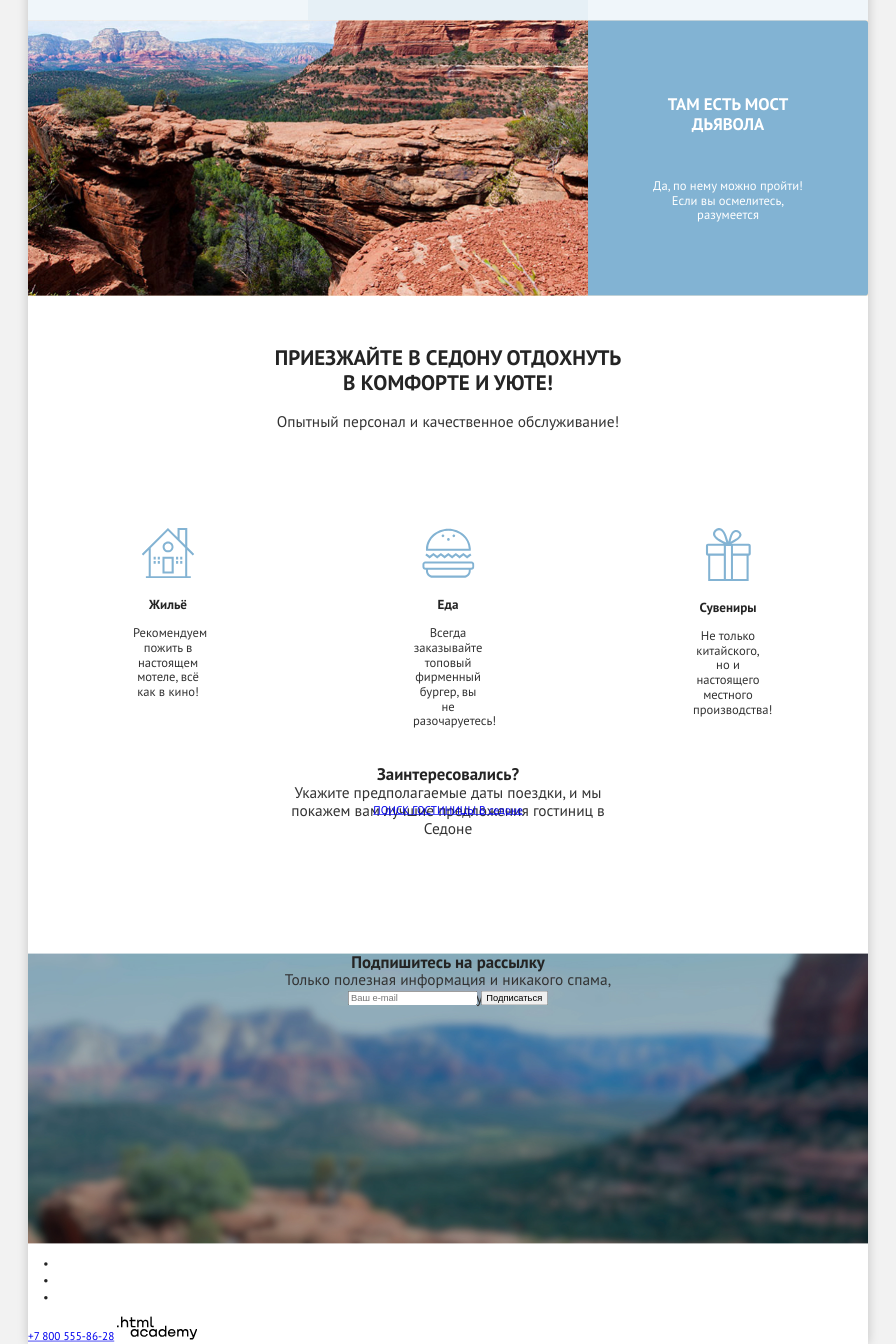
Repository: zakhgagne/2512253-sedona-1
Page: index.html
These files come from the project's save history. The page is drawn as it stood at one moment and after the next save; the edit follows.
The browser window is 1280 px wide. The pictures show the part of the page from y = 1566 to 3486 px (the page is 3486 px tall before and 3427 px after), at 70% of full size.

Above is the page before, as saved 2024-05-11 16:31:02.

After the next save:
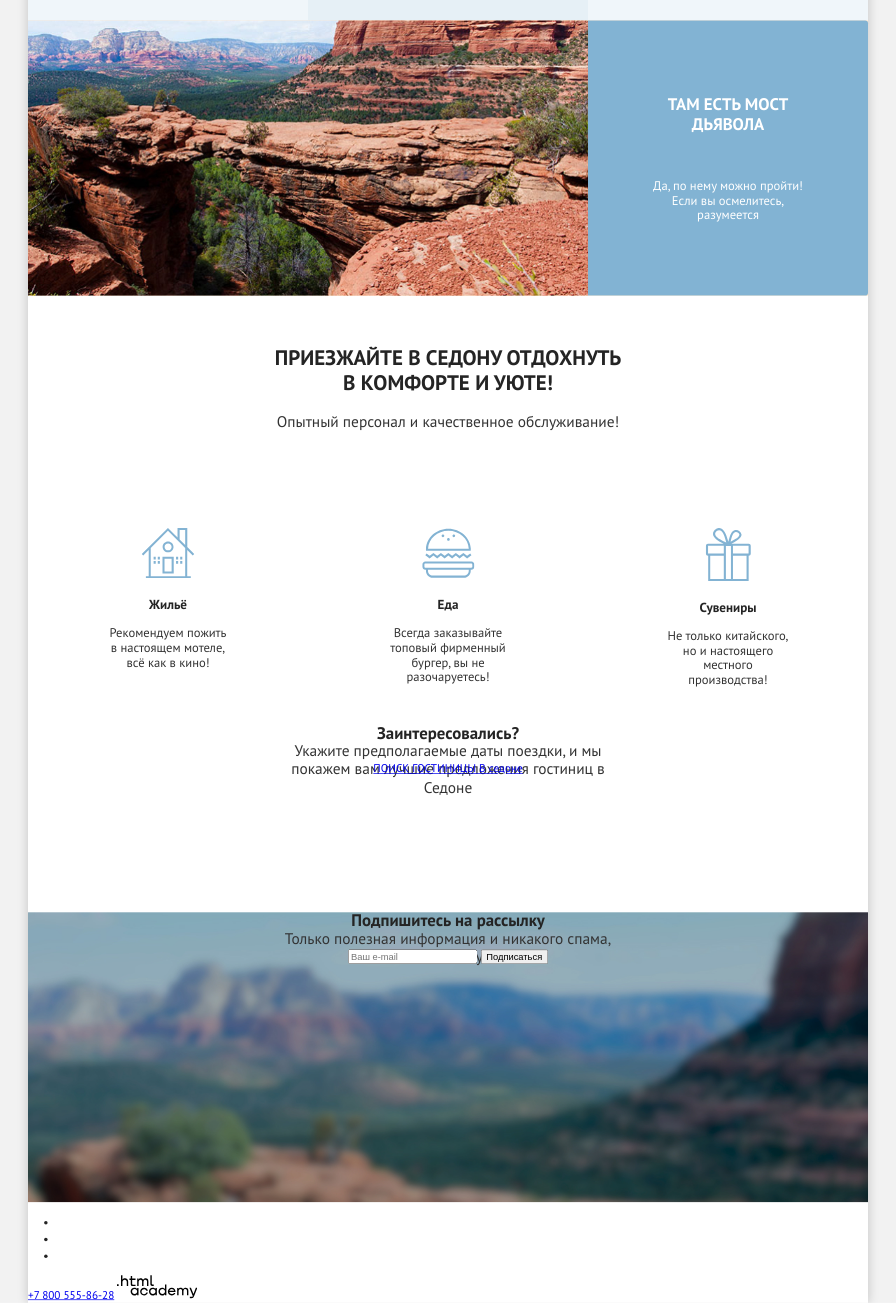
Saved 3 min 19 s later.
--- a/styles/styles.css
+++ b/styles/styles.css
@@ -180,9 +180,11 @@ body {
 .reason-item:nth-child(2n) {
   background-color: #f0f6fa;
 }
+
 .reason-item:nth-child(3n) {
   background-color: #e6f0f6;
 }
+
 .reason-item-special .reason-container {
   background-color: #82B3D3;
   border-radius: 0px 4px 4px 0px;
@@ -230,18 +232,19 @@ body {
   /*width: 684px;*/
 }
 
-.city-welcome  {
+.city-welcome {
   text-align: center;
   padding-top: 70px;
 }
+
 .city-welcome .desription {
   padding: 0;
-    margin: 0 auto 24px;
-    font-size: 30px;
-    font-weight: 700;
-    line-height: 36px;
-    text-transform: uppercase;
-    width: 500px;
+  margin: 0 auto 24px;
+  font-size: 30px;
+  font-weight: 700;
+  line-height: 36px;
+  text-transform: uppercase;
+  width: 500px;
 }
 
 .simple-text {
@@ -259,31 +262,23 @@ body {
   /* Texts/second */
   color: #333333;
 }
+
 .container-city-welcome {
 
   text-align: center;
-    padding-top: 140px;
-}
+  padding-top: 140px;
+}
+
 .comfort-text {
-/* Texts/Text blocks */
-  /* font-family: 'PT Sans';
-  font-style: normal; */
   font-weight: 400;
   font-size: 18px;
   line-height: 21px;
-  /* or 117% */
-  /* Texts/second */
   color: #333333;
-
-
-  /* Inside auto layout */
   flex: none;
   order: 2;
   align-self: stretch;
   flex-grow: 0;
-
-
-width: 100px;
-margin: 0 auto;
-padding: 0;
-}
+  width: 175px;
+  margin: 0 auto;
+  padding: 0;
+}
